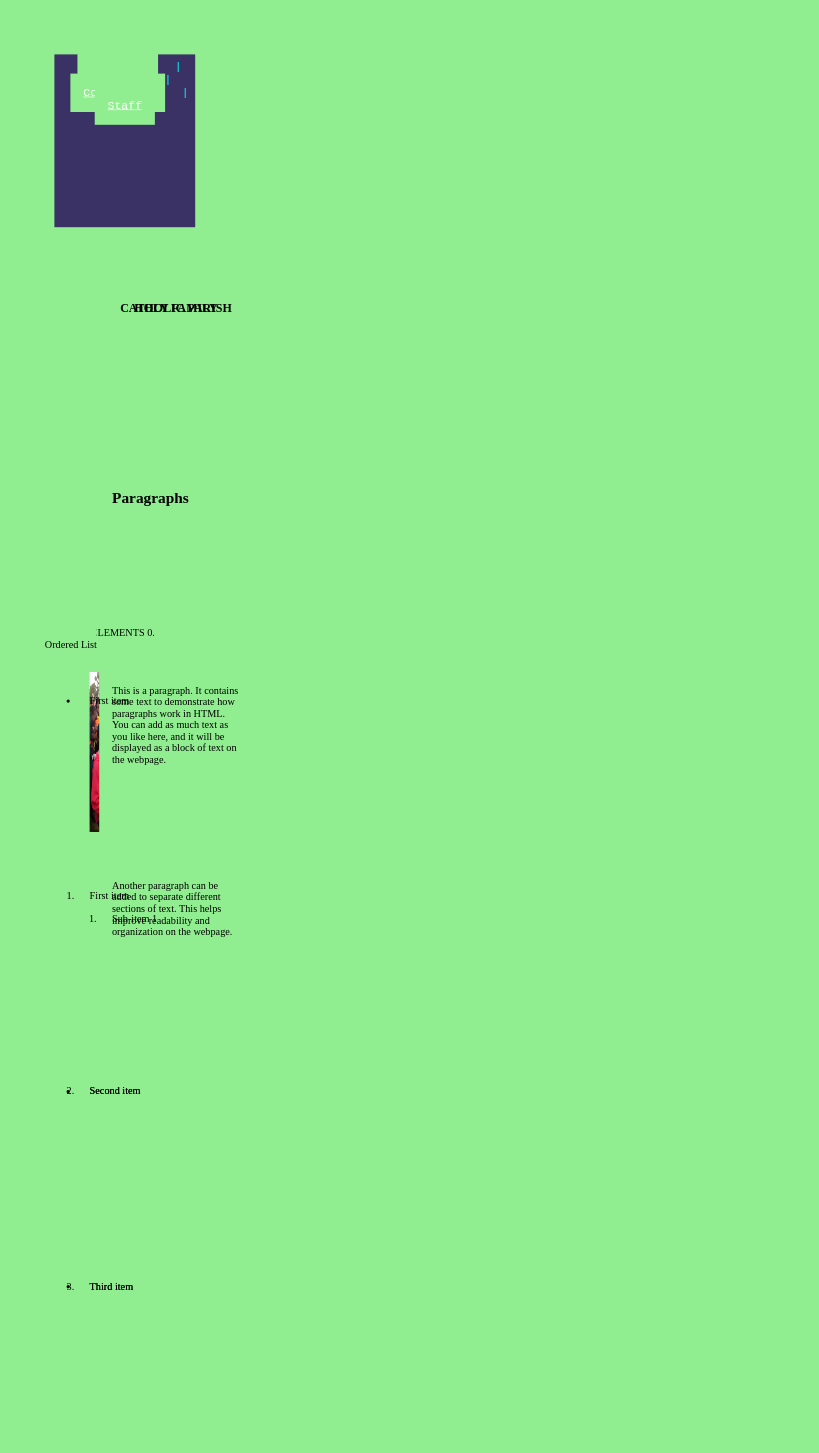
Repository: ficotims/HTML-RESTART
Page: Homepage.html
These files come from the project's save history. The page is drawn as it stood at one moment and after the next save; the edit follows.
The browser window is 1280 px wide. The pictures show the whole page, at 64% of full size.

Above is the page before, as saved 2026-02-10 17:16:33.

### Homepage.html
<!doctype html>
<html lang="en">
  <head>
    <meta charset="UTF-8" />
    <meta name="viewport" content="width=device-width, initial-scale=1.0" />
    <title>HTML Crash course with Iman Musa</title>
    <link rel="stylesheet" href="Style 1.css"/>
  </head>
  <body>

    <!-- NAVIGATION SECTION -->
        <div style="background-color: rgb(58, 49, 100); padding: 10px; text-align: center; color: aqua; font-size: 18px; font-family: monospace, Lemon milk;">
    <a href="Homepage.html" target="_top" style="color: white;">Homepage</a> |
    <a href="about.html" style="color: white;">About</a> | <a href="Contact us.html" style="color: white;">Contact Us</a> |
    <a href="staff.html" style="color: white;">Staff</a>
     </div>

 <div style="text-align: center;">
    <h3><span style="color: rgb(14, 126, 61);"><div style="line-height: 0;">HOLY FAMILY CATHOLIC PARISH</b></span></h3>
    <H4>15 Gender Rd, Newark DE 19713</H4>
    <img
        src="images/Acension.jpg"
        alt="Catholic Church Logo"
        width="300"
        height="150"
      />
      </div>

      <section class="container">
        <div class="box">
          <h2>Paragraphs</h2>
          <p>This is a paragraph. It contains some text to demonstrate how paragraphs work in HTML. You can add as much text as you like here, and it will be displayed as a block of text on the webpage.</p>
          <p>Another paragraph can be added to separate different sections of text. This helps improve readability and organization on the webpage.</p>
        </div>
      </section>
    <!-- this is LIST -->
<hi2>LIST ELEMENTS</h2>

    0. Ordered List

    <ul>
      <li>First item</li>
      <ol><li>Sub-item 1</li></ol>
      <li>Second item</li>
      <li>Third item</li>
    </ul>

    <ol>
      <li>First item</li>
      <li>Second item</li>
      <li>Third item</li>
    </ol>
  </body>
</html>

### Style 1.css
.body1 {
    color: rgb(255, 249, 249);
    background-color: rgb(92, 113, 206);
    border-radius: 50px;
    font-size: 25px;
}

.flyout {
    border: none;
    background-color: lightgreen;
    color: rgb(0, 0, 0);
    padding: 20px;
    margin: 15px;
    height: 250px;
    width: 200px;
}

*{
    border: none;
    background-color: lightgreen;
    color: rgb(0, 0, 0);
    padding: 20px;
    margin: 15px;
    height: 250px;
    width: 200px;
}

.container {
    display: flex;
    flex-direction: row;
    justify-content: space-around;
}

After the next save:
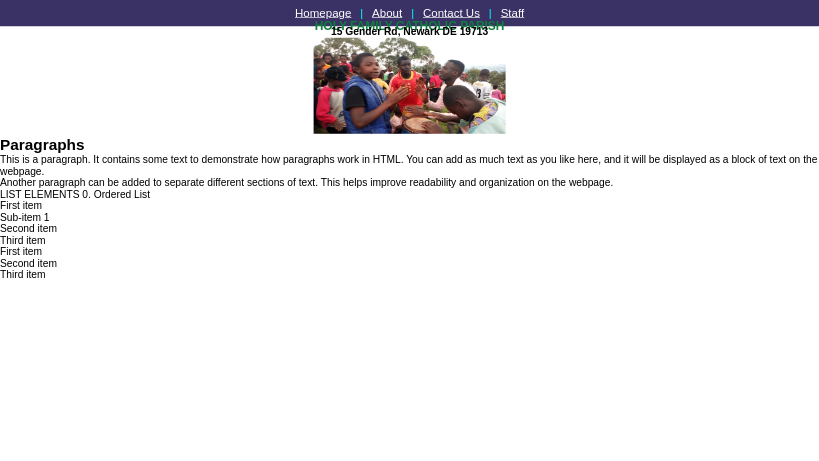
Saved 65 s later.
--- a/Style 1.css
+++ b/Style 1.css
@@ -16,13 +16,10 @@
 }
 
 *{
-    border: none;
-    background-color: lightgreen;
-    color: rgb(0, 0, 0);
-    padding: 20px;
-    margin: 15px;
-    height: 250px;
-    width: 200px;
+   margin: 0px;
+    padding: 0px;
+    box-sizing: border-box;
+    font-family: Arial, Helvetica, sans-serif;
 }
 
 .container {
